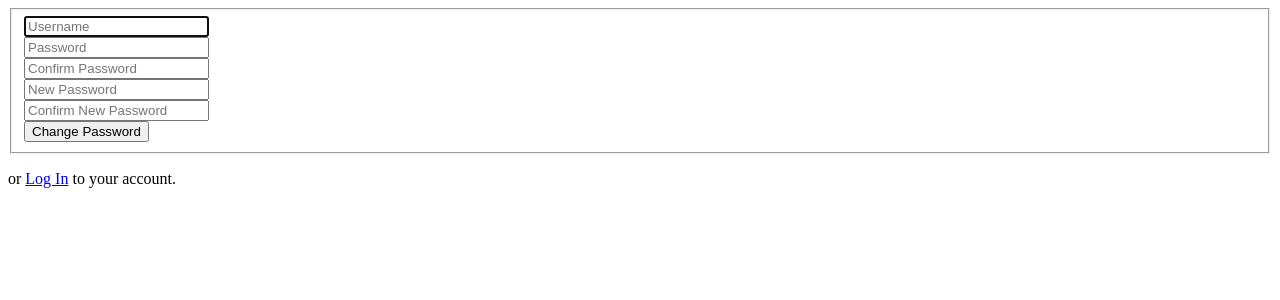
Repository: JayWelborn/CS50x-archive
Page: http://localhost/week8/pset7/views/password_form.php
The author's editor kept a record of every edit. The page is drawn from the files as they stood at one moment, then again after the next edit.
The browser window is 1280 px wide. The pictures show the whole page.
The page is run by PHP 8.4 with error messages shown; the project is at /var/www/html/.

Above is the page before.

After the next edit:
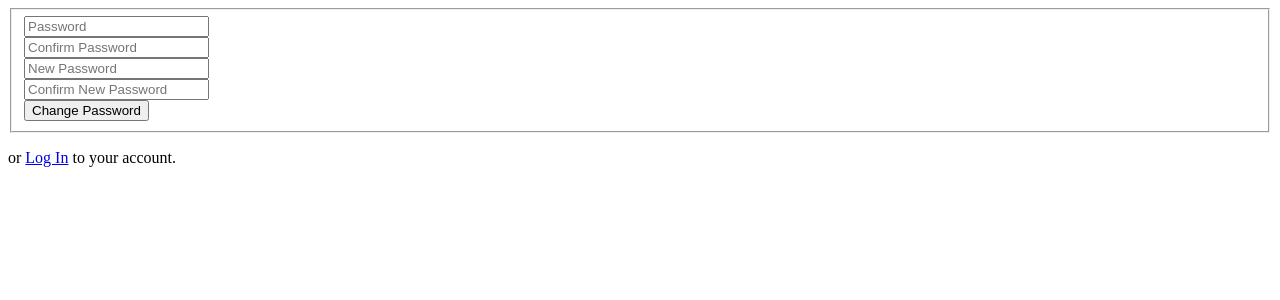
The edit:
--- a/workspace/week8/pset7/views/password_form.php
+++ b/workspace/week8/pset7/views/password_form.php
@@ -1,8 +1,5 @@
 <form action="password.php" method="post">
     <fieldset>
-        <div class="form-group">
-            <input autocomplete="off" autofocus class="form-control" name="username" placeholder="Username" type="text"/>
-        </div>
         <div class="form-group">
             <input class="form-control" name="password" placeholder="Password" type="password"/>
         </div>
